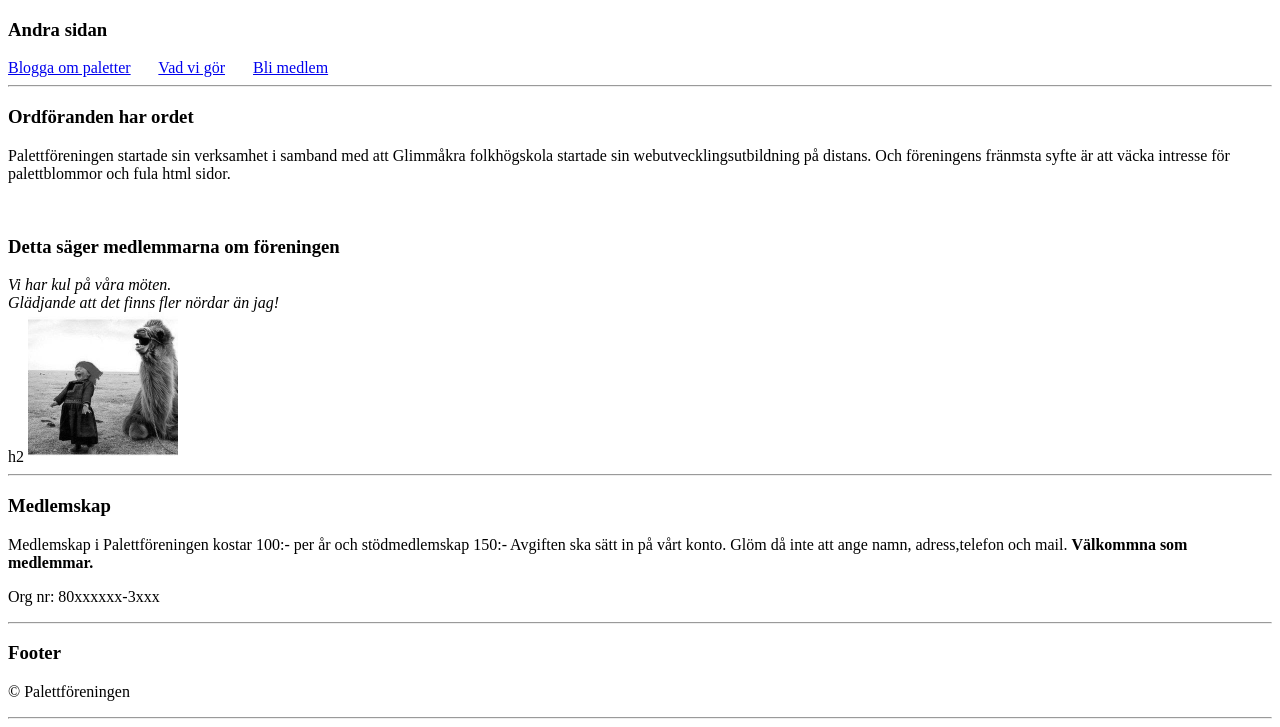
Repository: Webutveckling-20-21/Uppgift-1
Page: verksamheten.html
An editor plug-in stored every save of this project. The page is shown before and after the next save, followed by the edit.
The browser window is 1280 px wide. The pictures show the whole page.

Above is the page before, as saved 2021-09-07 12:18:44.

### verksamheten.html
<!-- Här alla måsten i huvudet såsom språk och språkkodning mm -->
<!DOCTYPE html>
<html lang="sv">


<head>
    <meta charset="UTF-8">
    <meta name="viewport" content="width=device-width, initial-scale=1.0">
    <title>verksamheten</title>
</head>

<body>
    <header>
        <h3>Andra sidan</h3>
        <!-- Här läggs alla länkar-->
        <a href="blogg.html">Blogga om paletter</a>&nbsp;&nbsp;&nbsp;&nbsp;&nbsp;&nbsp;
        <a href="verksamheten.html">Vad vi gör</a>&nbsp;&nbsp;&nbsp;&nbsp;&nbsp;&nbsp;
        <a href="medlemskap.html">Bli medlem</a>
    </header>
    <hr>
    <main>
        <article>

            <h3>Ordföranden har ordet</h3>
            <p> Palettföreningen startade sin verksamhet i samband med att Glimmåkra folkhögskola startade sin
                webutvecklingsutbildning på distans. Och föreningens fränmsta syfte är att väcka intresse för
                palettblommor och fula html sidor. </p> <br>

            <article>

                <article>

                    <h3>Detta säger medlemmarna om föreningen</h3>

                    <cite>Vi har kul på våra möten.</cite><br>
                    <cite>Glädjande att det finns fler nördar än jag!</cite><br>

                    h2

                      <img src="images/ordförande pa excursion.jpg" width="150" height="150" alt="Ordförande berättar.">

                     </article>


    </main>
    <hr>
    <aside>
        <h3>Medlemskap</h3>
        <p>Medlemskap i Palettföreningen kostar 100:- per år och stödmedlemskap 150:-
            Avgiften ska sätt in på vårt konto. Glöm då inte att ange namn, adress,telefon och mail.
            <b>Välkommna som medlemmar.</b>
        </p>


        <p>Org nr: 80xxxxxx-3xxx</p>





    </aside>
    <hr>
    <footer>

        <h3>Footer</h3>
        <p> &copy; Palettföreningen</p>
    </footer>
    <hr>


</body>

</html>

After the next save:
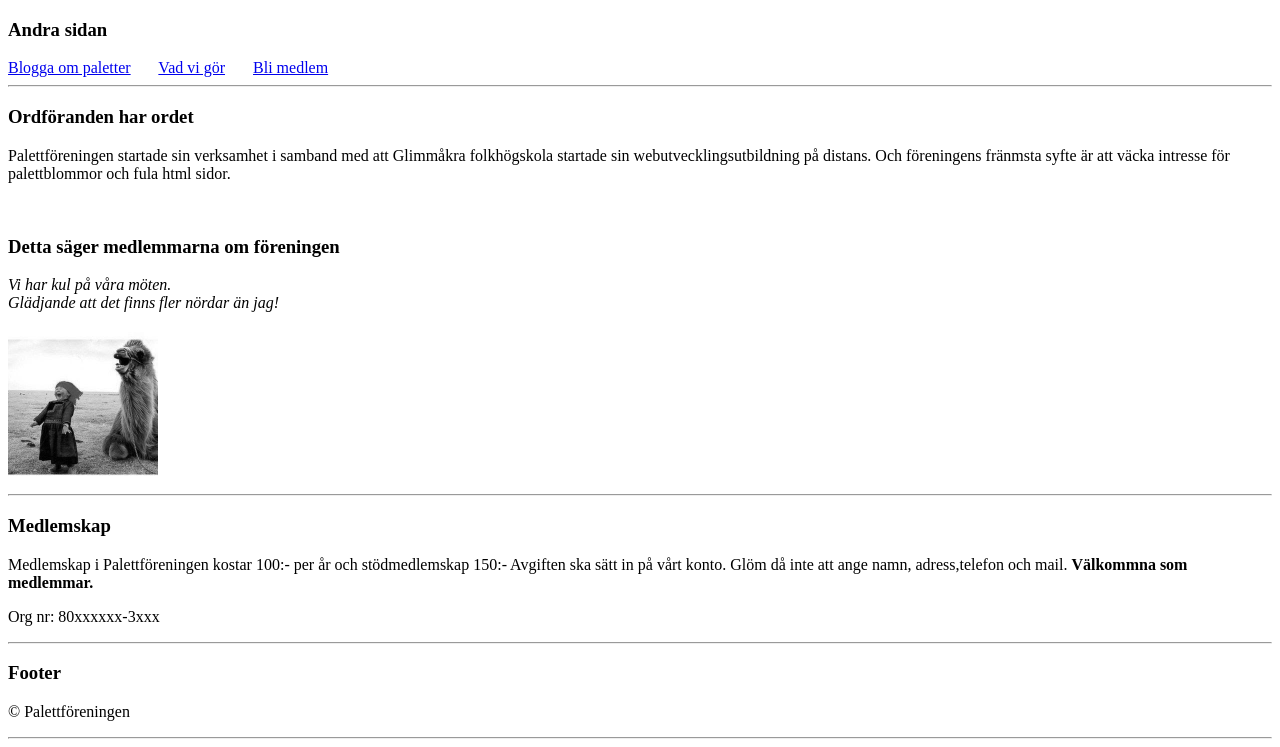
Saved 1 s later.
--- a/verksamheten.html
+++ b/verksamheten.html
@@ -35,7 +35,7 @@
                     <cite>Vi har kul på våra möten.</cite><br>
                     <cite>Glädjande att det finns fler nördar än jag!</cite><br>
 
-                    h2
+                    <h2></h2>
 
                       <img src="images/ordförande pa excursion.jpg" width="150" height="150" alt="Ordförande berättar.">
 
